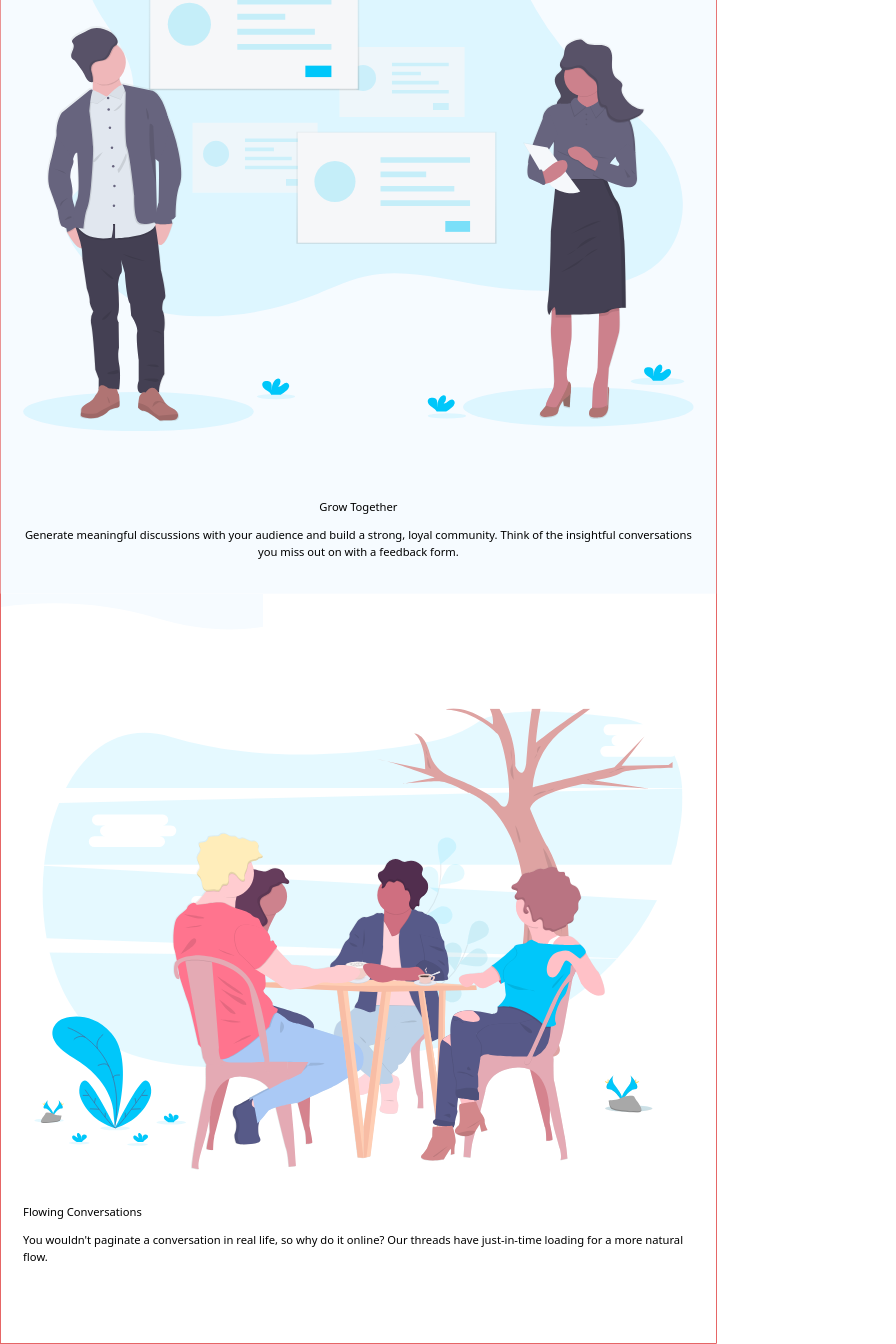
Repository: nivrii/huddle-landing-page-with-curved-sections-master
Page: /
An editor plug-in stored every save of this project. The page is shown before and after the next save, followed by the edit.
The browser window is 1280 px wide. The pictures show the part of the page from y = 1470 to 3390 px (the page is 3390 px tall), at 70% of full size.
The project was rebuilt for these pictures with package versions that can differ from the ones it lists, and the page was loaded fresh each time. Also part of the build but not shown: vite.config.js.

Above is the page before, as saved 2024-04-03 18:49:30.

### src/App.jsx
import "./App.css";
import message from "./assets/images/icon-messages.svg";
import screenMockup from "./assets/images/screen-mockups.svg";
import communities from "./assets/images/icon-communities.svg";
import sectionTop1M from "./assets/images/bg-section-top-mobile-1.svg";
import sectionBottom1M from "./assets/images/bg-section-bottom-mobile-1.svg";
import grow from "./assets/images/illustration-grow-together.svg";
import conversation from "./assets/images/illustration-flowing-conversation.svg";

function App() {
  return (
    <div className="container box-border m-0 bg-white w-screen min-h-screen border border-red-600">
      <section>
        <div className="flex flex-row w-full">
          <div className="flex flex-row align-middle  w-3/5">
            <img src={message} className="my-auto w-8 h-8" />
            <h1 className="text-3xl font-Poppins text-Very-dark-cyan font-bold my-auto">
              Huddle
            </h1>
          </div>
          <div className="flex align-middle justify-end w-2/5">
            <input
              className="border-2 border-Light-pink text-Light-pink font-Poppins rounded-3xl px-6 py-2"
              type="button"
              value="Try It Free"
            />
          </div>
        </div>
      </section>

      <section>
        <div className="w-full overflow-hidden border border-red-600">
          <h1>Build The Community Your Fans Will Love</h1>
          <p className="text-wrap">
            Huddle re-imagines the way we build communities. You have a voice,
            so does your audience. Create connections with your users as you
            engage in genuine discussion
          </p>
          <input
            type="submit"
            name="start"
            className="outline-none text-white bg-Pink"
          />
        </div>
      </section>

      <section className="mt-4 m">
        <div className="mx-auto">
          <img src={screenMockup} className="object-contain" />
        </div>
      </section>

      <section className="flex flex-col justify-center">
        <div className="mx-auto w-1/2 border border-green-500 ">
          <img src={communities} alt="communities" />
          <h1 className="w-full font-bold text-6xl">1.4k+</h1>
          <p>Communities Formed</p>
        </div>
        <div className="mx-auto w-1/2 border border-green-500">
          <img src={message} alt="message" />
          <h1 className="w-full font-bold text-6xl">2.7m+</h1>
          <p>Messages Sent</p>
        </div>
      </section>

      <img src={sectionTop1M} alt="top-top" />

      <section className="flex flex-col space-y-12 bg-sectionBG px-8 py-12">
        <img src={grow} alt="" className="mb-12" />
        <div className="flex flex-col space-y-4 text-center">
          <h1>Grow Together</h1>
          <p>
            Generate meaningful discussions with your audience and build a
            strong, loyal community. Think of the insightful conversations you
            miss out on with a feedback form.
          </p>
        </div>
      </section>

      <img src={sectionBottom1M} alt="top-bottom" />

      <section className="flex flex-col space-y-12 my-28 px-8">
        <img src={conversation} alt="conversations" className="px-4 text-center" />
        <div className="flex flex-col space-y-4">
          <h1>Flowing Conversations</h1>
          <p>
            You wouldn&apos;t paginate a conversation in real life, so why do it
            online? Our threads have just-in-time loading for a more natural
            flow.
          </p>
        </div>
      </section>
    </div>
  );
}

export default App;

### src/App.css
@import "tailwindcss/base";
@import "tailwindcss/components";
@import "tailwindcss/utilities";
@import url('https://fonts.google.com/specimen/Poppins');
@import url('https://fonts.google.com/specimen/Open+Sans');

### tailwind.config.js
/** @type {import('tailwindcss').Config} */

/*! tailwindcss v2.2.7 | MIT License | https://tailwindcss.com */
export default {
  content: [
    "./index.html",
    "./src/**/*.{js,ts,jsx,tsx}",
  ],
  theme: {
    extend: {
      screens: {
        'xs': '375px',
        'sm': '640px',
        'md': '768px',
        'lg': '1024px',
        'xl': '1440px',

      },
      colors: {
        'Pink': 'hsl(322, 100%, 66%)',
        'Light-pink': 'hsl(321, 100%, 78%)',
        'Light-red': 'hsl(0, 100%, 63%)',
        'Very-dark-cyan': 'hsl(192, 100%, 9%)',
        'Very-dark-blue': 'hsl(207, 100%, 98%)',
        'sectionBG': '#F6FBFF',
      },
      fontFamily: {
        'Poppins': ['Poppins', 'sans-serif'],
        'Open-sans': ['Open Sans', 'serif'],
      },
    },
  },
  plugins: [],
}

Loaded but not shown: index.html (common file); src/main.jsx (common file)

After the next save:
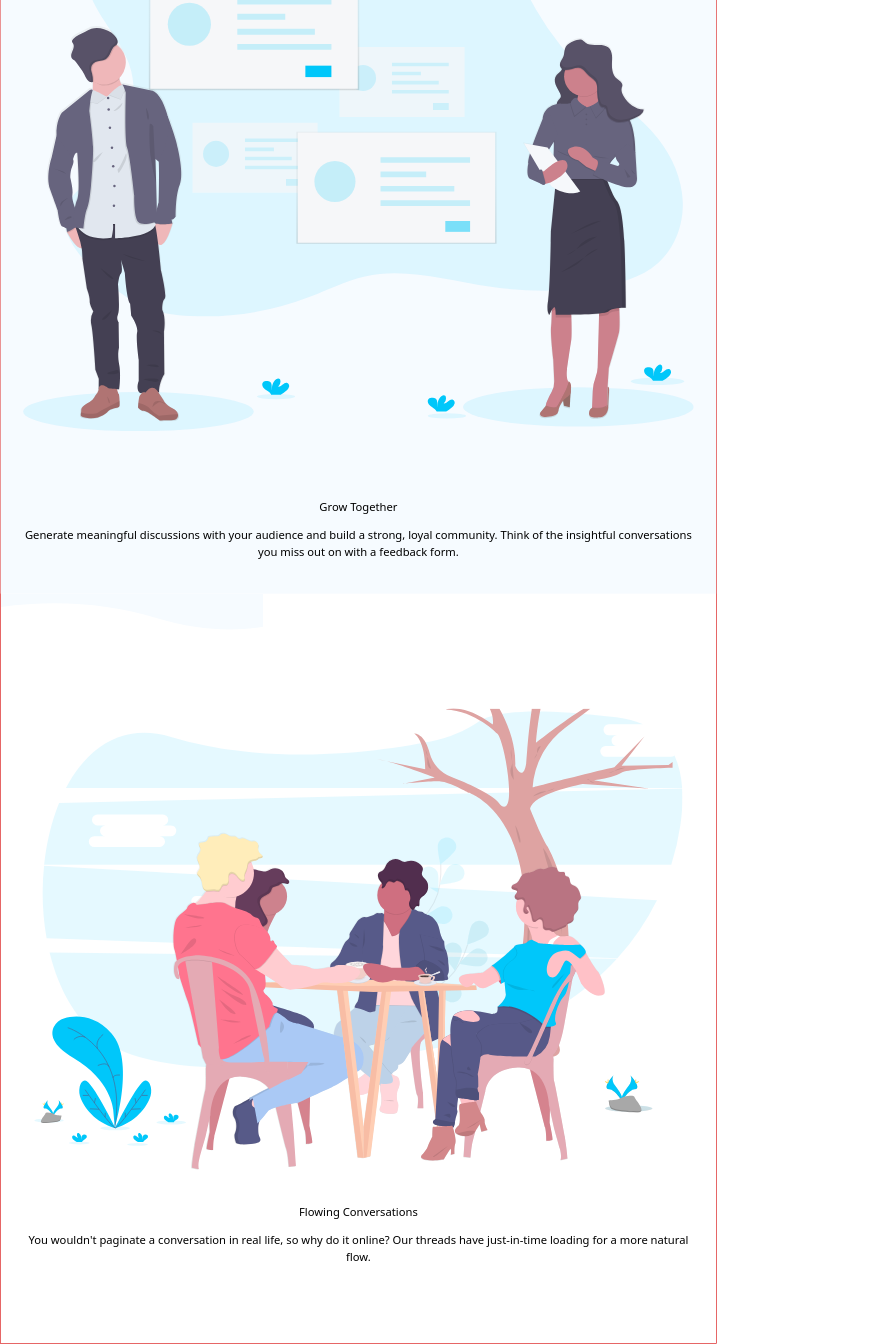
Saved 20 s later.
--- a/src/App.jsx
+++ b/src/App.jsx
@@ -80,8 +80,8 @@
       <img src={sectionBottom1M} alt="top-bottom" />
 
       <section className="flex flex-col space-y-12 my-28 px-8">
-        <img src={conversation} alt="conversations" className="px-4 text-center" />
-        <div className="flex flex-col space-y-4">
+        <img src={conversation} alt="conversations" className="px-4" />
+        <div className="flex flex-col space-y-4 text-center">
           <h1>Flowing Conversations</h1>
           <p>
             You wouldn&apos;t paginate a conversation in real life, so why do it
